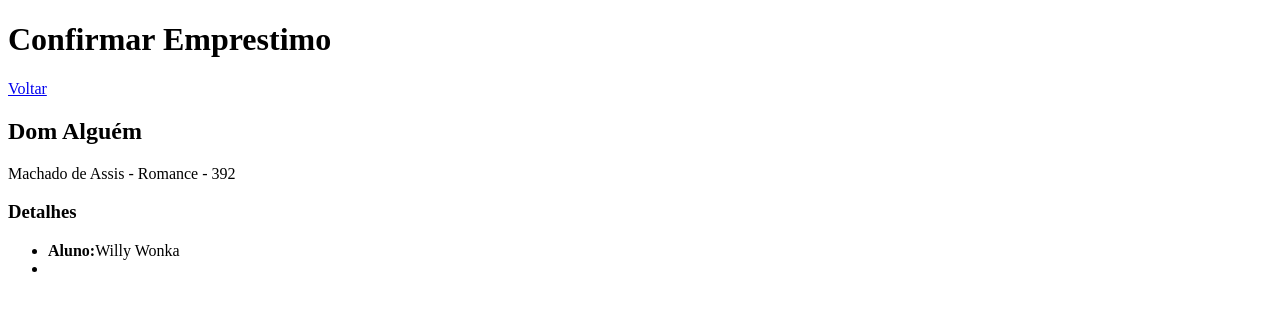
Repository: melloeduarda/html
Page: confirmar.html
An editor plug-in stored every save of this project. The page is shown before and after a run of saves, followed by the edit.
The browser window is 1280 px wide. The pictures show the whole page.

Above is the page before, as saved 2026-10-28 16:20:06.

### confirmar.html
<!DOCTYPE html>
<html lang="en">
<head>
    <meta charset="UTF-8">
    <meta name="viewport" content="width=device-width, initial-scale=1.0">
    <title>Confirmar Emprestimo</title>
</head>
<body>
    <header>
        <h1>Confirmar Emprestimo</h1>
        <a class="botao" href="buscar.html">Voltar</a>
    <header>

        <h2>Dom Alguém</h2>
        <p>Machado de Assis - Romance - 392</p>

        <h3>Detalhes</h3>
        <ul>
            <li><strong>Aluno:</strong>Willy Wonka</li>
            <li><strong></li>
        </ul>
</body>
</html>

After the next 3 saves:
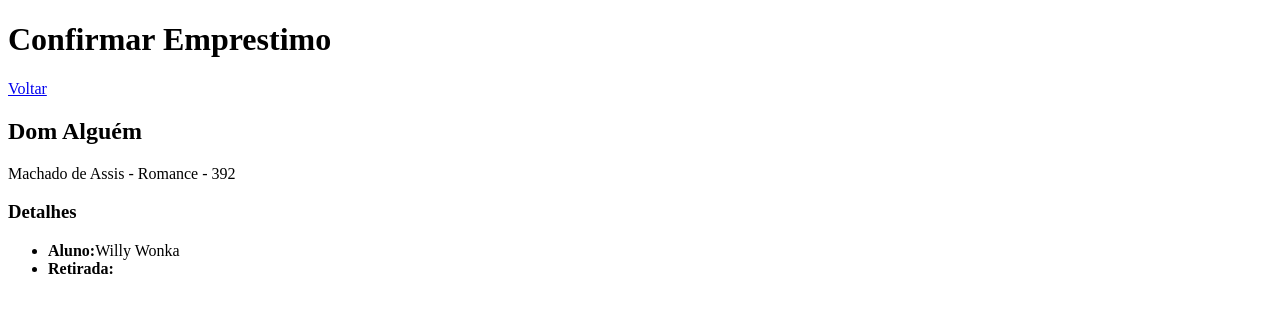
The 3 saves are shown as one change because they came seconds apart.
The last was saved 11 s later.
--- a/confirmar.html
+++ b/confirmar.html
@@ -17,7 +17,7 @@
         <h3>Detalhes</h3>
         <ul>
             <li><strong>Aluno:</strong>Willy Wonka</li>
-            <li><strong></li>
+            <li><strong>Retirada:</li>
         </ul>
 </body>
 </html>
